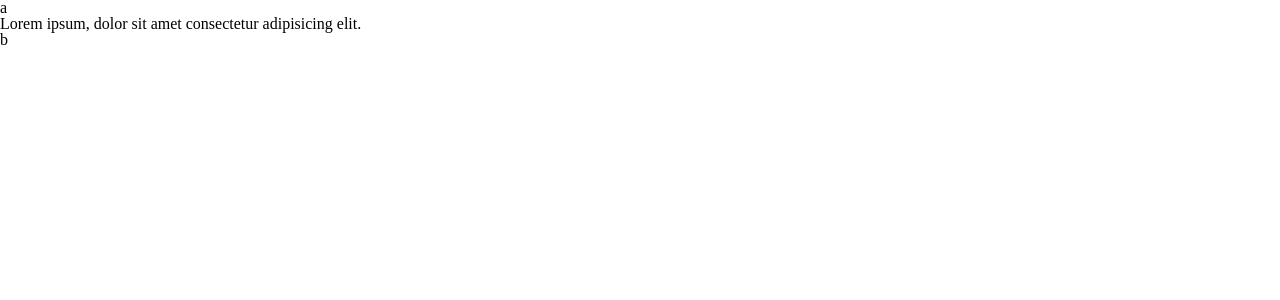
Repository: Giangattt123/HTML-CSS
Page: CSS/Flexbox/index.html
These files come from the project's save history. The page is drawn as it stood at one moment and after the next save; the edit follows.
The browser window is 1280 px wide. The pictures show the whole page.

Above is the page before, as saved 2023-04-26 10:40:38.

### CSS/Flexbox/index.html
<!DOCTYPE html>
<html lang="en">
  <head>
    <meta charset="UTF-8" />
    <meta http-equiv="X-UA-Compatible" content="IE=edge" />
    <meta name="viewport" content="width=device-width, initial-scale=1.0" />
    <title>Flexbox</title>
    <link rel="stylesheet" href="style.css" />
    <link rel="stylesheet" href="reset.css" />
  </head>
  <body>
    <ul class="list">
      <li class="list-item">a</li>
      <li class="list-item">
        Lorem ipsum, dolor sit amet consectetur adipisicing elit.
      </li>
      <li class="list-item">b</li>
    </ul>
  </body>
</html>

### CSS/Flexbox/style.css
*,
*:before *:after {
  box-sizing: border-box;
}
html {
  font-size: 62.5%;
}
body {
  font-family: "Poppins", sans-serif;
  font-size: 1.6rem;
  font-weight: normal;
}
img {
  display: block;
  max-width: 100%;
}
input,
textarea,
select,
button {
  outline: none;
}
input {
  line-height: normal;
}
label,
button {
  cursor: pointer;
}
a {
  text-decoration: none;
}

Loaded but not shown: CSS/Flexbox/reset.css (common file)

After the next save:
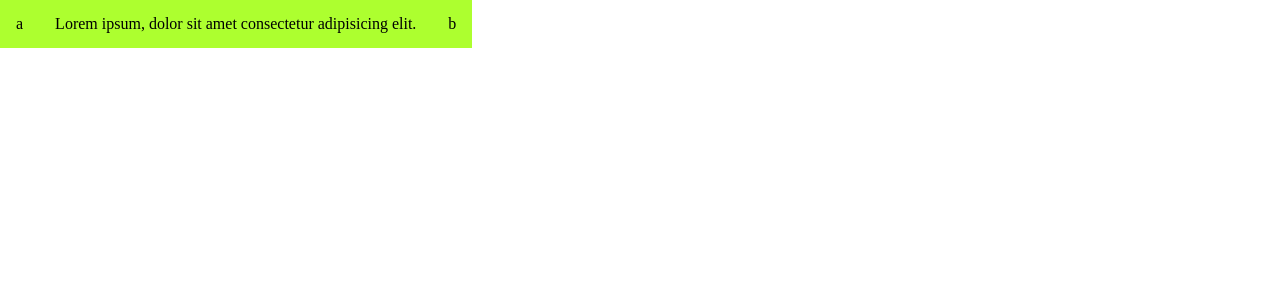
Saved 118 s later.
--- a/CSS/Flexbox/style.css
+++ b/CSS/Flexbox/style.css
@@ -30,3 +30,10 @@ button {
 a {
   text-decoration: none;
 }
+.list {
+  display: flex;
+}
+.list-item {
+  padding: 1rem;
+  background-color: greenyellow;
+}
